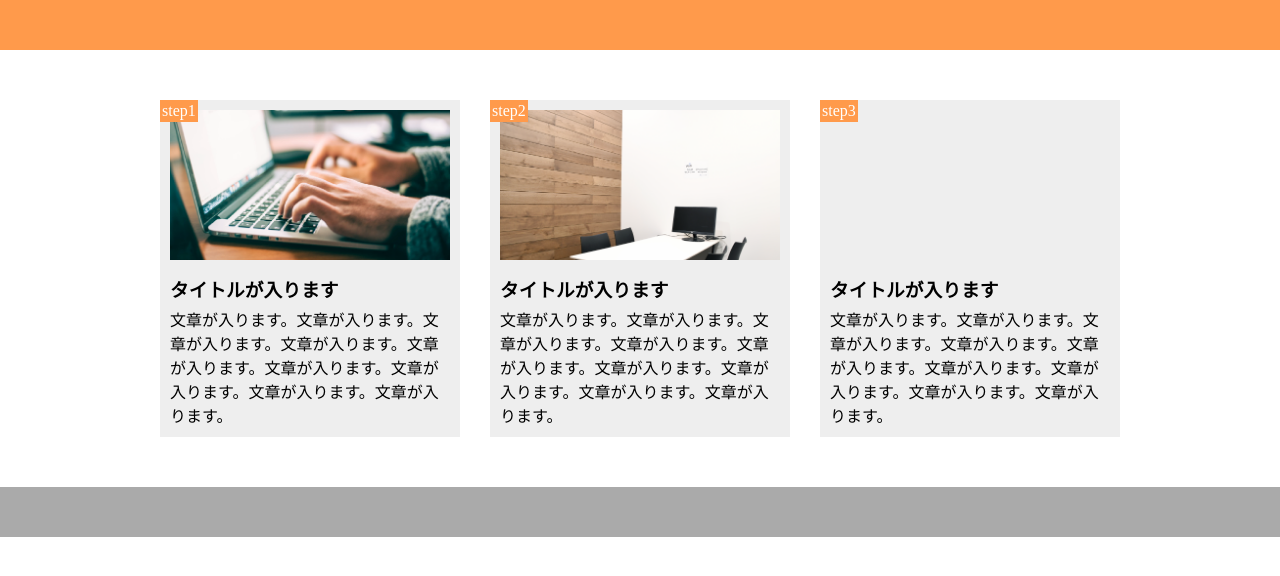
Repository: menyuu/test-html-CSS-practice
Page: exercise/chapter9_exercise.html
The author's editor kept a record of every edit. The page is drawn from the files as they stood at one moment, then again after the next edit.
The browser window is 1280 px wide. The pictures show the whole page.

Above is the page before.

After the next edit:
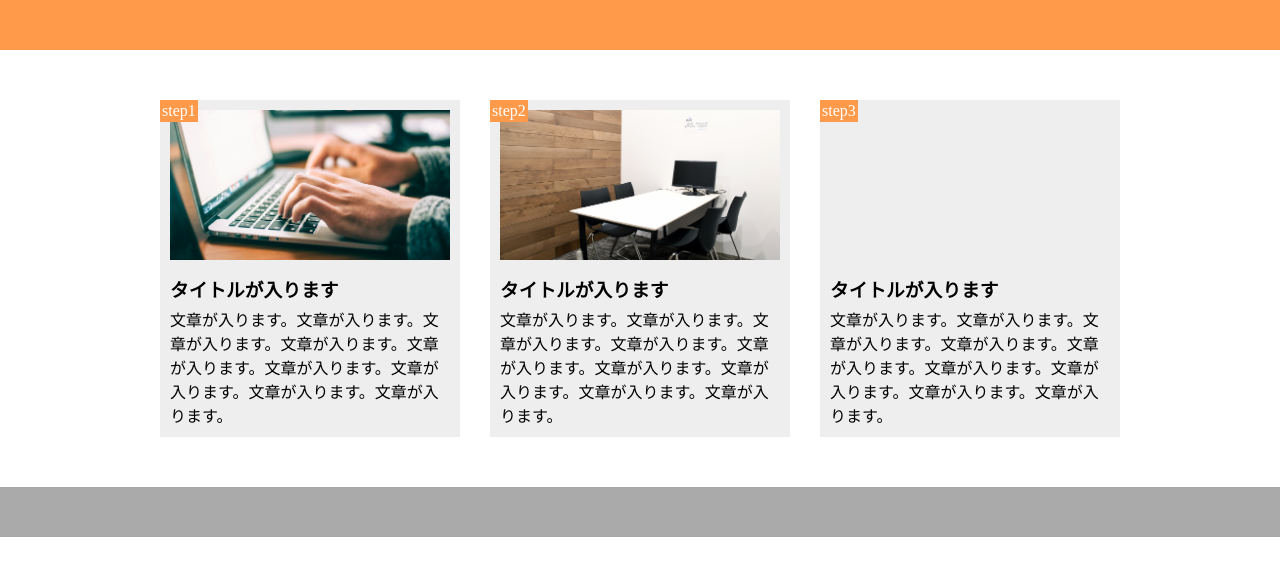
The edit:
--- a/exercise/style9.css
+++ b/exercise/style9.css
@@ -44,6 +44,7 @@
   width: 100%;
   height: 150px;
   background-size: cover;
+  background-position: bottom;
 }
 
 .flow01 {
